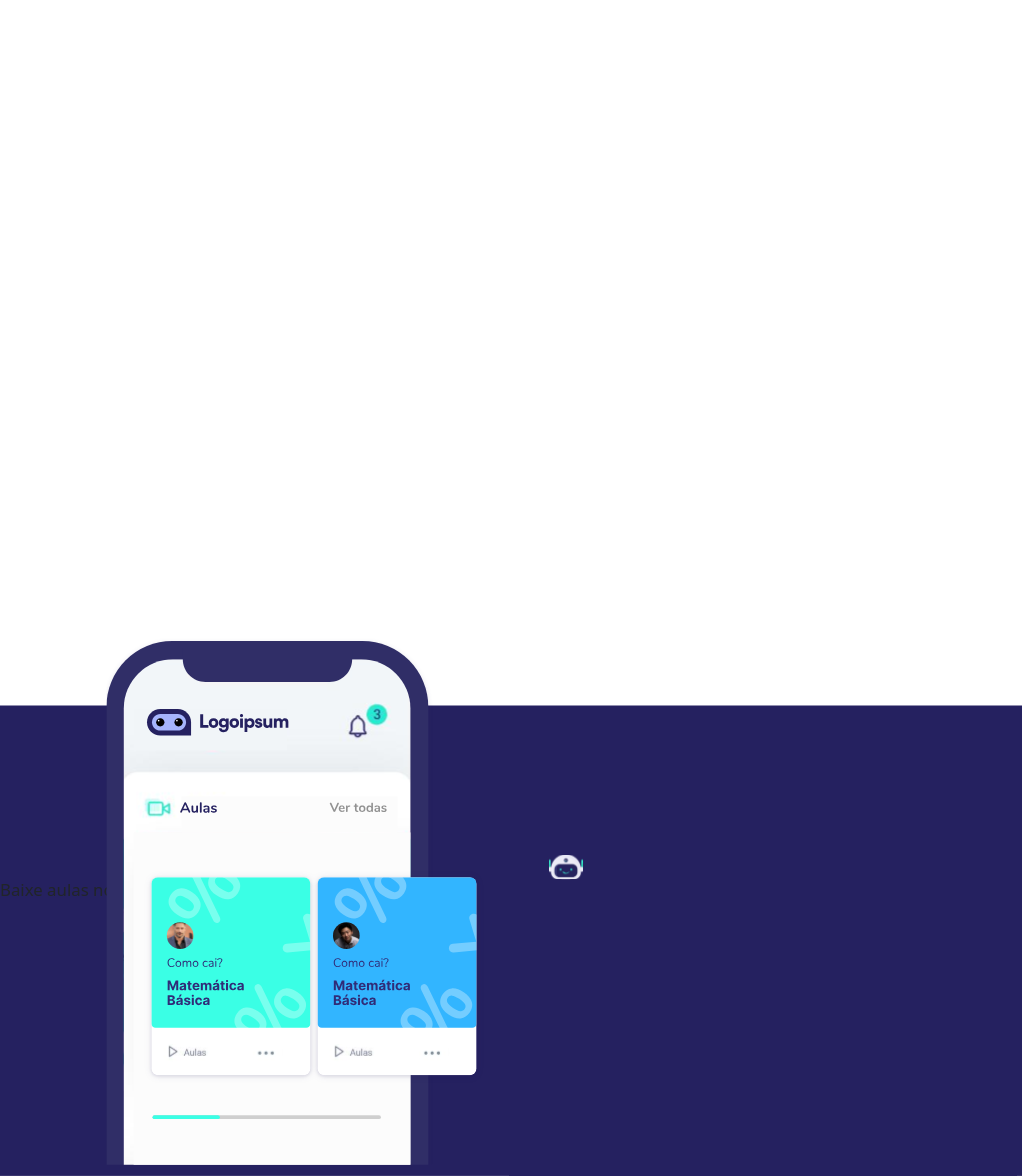
Repository: Williamlmachado/Desafio-Landing-page
Page: index.html
An editor plug-in stored every save of this project. The page is shown before and after the next save, followed by the edit.
The browser window is 1280 px wide. The page is 1472 px wide, so the pictures cover 1472 px, including what lies to the right of the window. The pictures show the part of the page from y = 3527 to 5207 px (the page is 5207 px tall), at 70% of full size.
Some icons come from a web library that is not loaded, so they are not drawn.

Above is the page before, as saved 2021-11-10 16:45:03.

### index.html
<!DOCTYPE html>
<html lang="en">

<head>
  <meta charset="UTF-8">
  <meta http-equiv="X-UA-Compatible" content="IE=edge">
  <meta name="viewport" content="width=device-width, initial-scale=1.0">
  <link rel="stylesheet" href="path/to/font-awesome/css/font-awesome.min.css">
  <link href="https://fonts.googleapis.com/css2?family=Inter:wght@100;200;300;400;500;600&display=swap" rel="stylesheet">
  <link href="https://fonts.googleapis.com/css2?family=Nunito:ital,wght@0,200;0,300;0,400;0,700;0,800;0,900;1,200;1,300;1,400;1,600;1,700;1,800;1,900&display=swap" rel="stylesheet">
  <link href="https://fonts.googleapis.com/css2?family=Fredoka+One&display=swap" rel="stylesheet">
  <link href="https://cdn.jsdelivr.net/npm/bootstrap@5.1.3/dist/css/bootstrap.min.css" rel="stylesheet"
    integrity="sha384-1BmE4kWBq78iYhFldvKuhfTAU6auU8tT94WrHftjDbrCEXSU1oBoqyl2QvZ6jIW3" crossorigin="anonymous">
  <link rel="stylesheet" href="style.css">
  <script src="https://cdn.jsdelivr.net/npm/bootstrap@5.1.3/dist/js/bootstrap.bundle.min.js"
    integrity="sha384-ka7Sk0Gln4gmtz2MlQnikT1wXgYsOg+OMhuP+IlRH9sENBO0LRn5q+8nbTov4+1p"
    crossorigin="anonymous"></script>
  <title>Document</title>

<body>
  <nav class="navbar navbar-expand-lg navbar-light bg-light">
    <a class="navbar-brand" href="#">
      <img src="img/logoipsum-logo-40 2.svg" alt="logo">
    </a>
    <button class="navbar-toggler" type="button" data-toggle="collapse" data-target="#navbarNav" aria-controls="navbarNav" aria-expanded="false" aria-label="Toggle navigation">
      <span class="navbar-toggler-icon"></span>
    </button>
    <nav>
    <div class="collapse navbar-collapse" id="navbarNav">
      <ul class="navbar-nav">
      <nav class="navbar-nav ml-auto">
        <li class="nav-item">
          <a class="nav-link disabled" href="#">Home <span class="sr-only"></span></a>
        </li>
        <li class="nav-item">
          <a class="nav-link disabled" href="#">Quem Somos</a>
        </li>
        <li class="nav-item-right">
          <a class="nav-link disabled" href="#">Plano</a>
        </li>
        <li class="nav-item">
          <a class="nav-link disabled" href="#">Fale Conosco</a>
        </li>
        <li class="nav-item">
          <button class="nav-button" type="button">Entrar</button>
        </li>
      </nav>
      </ul>
    </div>
  </nav>
    <div class="retangle-1">
      <div class="row">
          <div class="retangle-8">
           <div class="col"><img class="spaceboy" src="img/image 3.svg" alt="astronauta"><H4 class="frase1">Seja aprovado no Enem e Vestibulares :)</H4>
          <H1 class="frase2">Você escolhe o que aprender.</H1></div>
          <h4 class="frase3">Aqui você terá toda assistência que precisa
            com materiais desenvolvido por mestres e doutores em matemática</h4>
          <button type="button" class="buttonret"><p class="fraseButton">Veja nossos planos</p><i class="fas fa-arrow-right"></i></button>
          </div>
          </div>
        <div class="col"><img class="boy" src="img/image 8.svg" alt="garoto"></div>
     </div>
    </div>
  <div class="retangle-2">
    <div class="escolas">
    <img src="img/Captura de Tela 2021-05-22 às 02.33 1.svg" alt="escolas">
  </div>
  <div class="row">
    <div class="col"><img class="smallogos" src="img/Group 53.svg" alt="smallogos"><p class="group12"><img class="group12" src="img/Group 12.svg"></p><p><img class="group13" src="img/Group 13.svg"></p><p><img class="group14" src="img/Group 14.svg"></p></div>
    <div class="col"><img class="adolescente" src="img/pretty-teenager-happy-to-be-back-at-university 1.svg" alt="prettyteenager"></div>
  </div>
    <div class="retangle-3">
      <div class="row">
        <div class="column1"><img class="feliz" src="img/image 43.svg" alt="foguete"><div class="frase4"><p>100% MATEMÁTICA</p></div><h3 class="frase5">Matemática pra quem quer entrar na facul</h3><h4 class="frase6">Somos um cursinho online especialista em ensinar matemática. Temos os melhores professores mestres e doutores para tirar suas dúvidas e te ensinar matemática desde a teoria até a resolução de exercícios de todos os níveis.</h4></div></div>

       <div class="column2"><img class="foguete" src="img/image 45.svg" alt="feliz"><div class="frase7"><p>QUER SER APROVADO?</p></div><h3 class="frase8">Se seu foco é ser aprovado, nós estamos aqui por você.</h3><h4 class="frase9">Somos um cursinho online especialista em ensinar matemática. Temos os melhores professores mestres e doutores para tirar suas dúvidas e te ensinar matemática desde a teoria até a resolução de exercícios de todos os níveis.</h4></div></div>
        </div>
      </div>
    </div>
    <div class="retangle-4">
      <div class="row">
        <div class="col"><img class="celular" src="img/Frame 12.svg"><img class="celulardados" src="img/Group 41.svg"><img class="spaceboy2" src="img/image 3.svg" alt="spaceboy2"><h4 class="Baixe">Baixe aulas no app e estude offline</h4></div>
        <div class="col"></div>
    </div>
  </div>
  <!-- <footer id="footer" class="py-5">
    <div class="row">
      <div class="col-md-5">
        <img class="" src="img/logoipsum-logo-40 2.svg" alt="logo">
        <div><img class=""src="img/Captura de Tela 2021-05-25 às 19.59 1.svg" alt="androideios"></div>
      </div>
      <div class="col-sm-2">
        <h5>Localização</h5>
        <p>Av. Brg. Faria Lima , 1422 São Paulo - SP </p>
      </div>
      <div class="col-sm-2">
        <h5>Fale Conosco</h5>
        <p>(22) 4442-0126</p>
        <p>info@digihouse.com</p>
      </div>
      <div class="col-sm-2">
        <h5>Política</h5>
        <p>Direitos autorais</p>
        <p>Termos de uso</p>
        <p>Políticas de Privacidade</p>
      </div>
      <hr class="linha"> -->
      <!-- <img class="copyright" src="img/Copyright.svg" alt="copyright"> -->
<span>Copyright 2021. All Right Reserved </span>
  </footer>
  </div>
</body>
</head>
</html>

### style.css
.nav-button{
    display: flex;
    flex-direction: row;
    justify-content: center;
    align-items: center;
    padding: 15px 116px;

    width: 133px;
    height: 43px;
    left: 1239px;
    top: 18px;

    /* Primary */
    background: #252160;

    /* Branco */
    border: 1px solid #FFFFFF;
    box-sizing: border-box;
    border-radius: 6px;
    color: #FFFFFF;
}

.nav-home{
    position: absolute;
    width: 46px;
    height: 22px;
    left: 5px;
    top: 0px;

    font-family: Inter;
    font-style: normal;
    font-weight: bold;
    font-size: 16px;
    line-height: 22px;

    /* identical to box height, or 137% */

    /* Primary */
    color: #252160;
}

.navbrad-brand{
    position: absolute;
    left: 58.02%;
    right: 35.2%;
    top: 34.99%;
    bottom: 29.03%;

    /* Primary */
    background: #252160;
}

#footer{
    position: absolute;
    width: 1550px;
    height: 373px;
    /* left: calc(50% - 1449px/2 + 4.5px); */
    top: calc(50% - 373px/2 + 2603.5px);

    /* Branco */
    background: #FFFFFF;
}

.imagemfooter{
    position: absolute;
    left: 3.51%;
    right: 72.51%;
    top: 18.75%;
    bottom: 18.75%;
    color: #A5B4FC;
}

.linha{
    margin-top: 150px;
    position: absolute;
    width: 1210px;
    left: 135px;
    border: 1px solid rgba(84, 84, 212, 0.34);
}

.col-md-5{
    align-items: center;
    align-content: center;
}

.copyright{

}

.retangle-1{
    position: absolute;
    width: 1440px;
    height: 821px;
    left: 0px;
    top: 79px;

    /* Primary */
    background: #252160;
}

.spaceboy{
    position: absolute;
    width: 50.02px;
    height: 36.06px;
    left: 125px;
    right: 150px;
    flex: none;
    order: 0;
    flex-grow: 0;
    margin: 50px -15px;
    transform: rotate(+15.22deg);
}

.retangle-2{
    position: absolute;
    width: 1440px;
    height: 821px;
    left: 0px;
    top: 900px;
    background: #ffff;
}
.retangle-3{
    position: absolute;
    width: 1440px;
    height: 954px;
    left: 0px;
    top: 800px;
    background: #F8F8F8
}

.escolas{
    position: absolute;
    width: 1270px;
    height: 164px;
    left: 66px;
    top: 35px;
}

.adolescente{
    position: relative;
    width: 600px;
    height: 738px;
    left: 25px;
    top: 105px;
    flex: none;
    order: 0;
    flex-grow: 0;
    margin: 6px 0px;
}

.smallogos{
    position: absolute;
    width: 67.79px;
    height: 403.63px;
    left: 112px;
    top: 275px;
}

.group12{
    position: absolute;
    width: 510.72px;
    height: 141px;
    left: 80px;
    top: 220px;
}

.group13{
    position: absolute;
    width: 510.72px;
    height: 155px;
    left: 195px;
    top: 275px;
}

.group14{
    position: absolute;
    width: 510.72px;
    height: 131px;
    left: 214px;
    top: 618px;
}

.boy{
    position: absolute;
    left: 763px;
    right: 143px;
    top: 153px;
    bottom: 120px;

}

.retangle-8{
    /* Rectangle 8 */

    position: absolute;
    width: 741.6px;
    height: 645.98px;
    left: 60px;
    top: 106px;

    background: #292663;
    border-radius: 124px;
    transform: rotate(-15.22deg);
    }

.frase1{
    position: absolute;
    width: 472px;
    height: 28px;
    top: 81PX;
    left:200px;
    right: 100px;

    font-family: inter;
    font-style: normal;
    font-weight: bold;
    font-size: 20.59px;
    line-height: 26px;

    color: #3AFFE5;

    flex: none;
    order: 1;
    flex-grow: 0;
    margin: 50px -30px;
    transform: rotate(+15.22deg);
}

.frase2{
    position: absolute;
    width: 631px;
    height: 151px;
    left: 65px;
    top: 200px;

    font-family: Fredoka One;
    font-style: normal;
    font-weight: normal;
    font-size: 65.1467px;
    line-height: 76px;
    transform: rotate(+15.22deg);
    /* or 116% */
    letter-spacing: -0.01em;

    /* Branco */
    color: #FFFFFF;
}

.frase3{
    position: absolute;
    width: 523px;
    height: 87px;
    left: 35px;
    top: 350px;

    font-family: Inter;
    font-style: normal;
    font-weight: normal;
    font-size: 19.45px;
    line-height: 29px;
    transform: rotate(+15.22deg);
    /* or 149% */
    letter-spacing: 0.38px;

    color: #FFFFFF;
}

.buttonret{
    display: flex;
    flex-direction: row;
    justify-content: center;
    align-items: center;
    padding: 15px 116px;

    position: absolute;
    width: 380.41px;
    height: 59.33px;
    left: 15px;
    top: 440px;
    transform: rotate(+15.22deg);
    /* Secundary */
    background: #3AFFE5;
    border-radius: 6px;
}

.fraseButton{
    position: static;
    height: 21px;
    left: 22.42%;
    right: 37.1%;
    top: calc(50% - 21px/2 + 0px);

    font-family: Inter;
    font-style: normal;
    font-weight: bold;
    font-size: 17.45px;
    line-height: 21px;
    text-align: center;
    letter-spacing: -0.618281px;

    /* Primary */
    color: #252160;


    /* Inside Auto Layout */
    flex: none;
    order: 0;
    flex-grow: 0;
    margin: 0px 24px;
}

.feliz{

    position: absolute;
    width: 430.2px;
    height: 469.21px;
    left: 817.06px;
    top: 425px;
    background: url(.png);
    transform: rotate(-12.24deg);
}

.frase4{
    position: absolute;
    width: 394.54px;
    height: 30px;
    left: 705px;
    top: 88px;
    font-family: Nunito;
    font-style: normal;
    font-weight: bold;
    font-size: 22px;
    line-height: 30px;
    /* Azul */
    color: #32B5FF;
}

.frase5{
    position: absolute;
width: 575.63px;
height: 122px;
left:705px;
top: 123px;

font-family: Nunito;
font-style: normal;
font-weight: bold;
font-size: 44.83px;
line-height: 61px;

/* Primary */
color: #252160;
}

.frase6{
    position: absolute;
    width: 600px;
    height: 182.69px;
    left: 705px;
    top: 261px;

    font-family: Inter;
    font-style: normal;
    font-weight: normal;
    font-size: 20px;
    line-height: 37px;

    /* or 186% */

    /* Gray - 200 */
    color: #7B7B7B;
}

.frase7{
    position: absolute;
    width: 394.54px;
    height: 30px;
    left: 135px;
    top: 575px;
    font-family: Nunito;
    font-style: normal;
    font-weight: bold;
    font-size: 22px;
    line-height: 30px;
    /* Azul */
    color: #32B5FF;
}


.frase8{
    position: absolute;
    width: 575.12px;
    height: 121.47px;
    left: 135px;
    top: 618.53px;

    font-family: Nunito;
    font-style: normal;
    font-weight: bold;
    font-size: 44.8277px;
    line-height: 61px;

    /* Primary */
    color: #252160;
}

.frase9{
    position: absolute;
    width: 598px;
    height: 157px;
    left: 135px;
    top: 753.53px;

    font-family: Inter;
    font-style: normal;
    font-weight: normal;
    font-size: 20px;
    line-height: 37px;

    /* or 185% */

    /* Gray - 200 */
    color: #7B7B7B;
}

.foguete{
    position: absolute;
    width: 450px;
    height: 450px;
    left: 167px;
    top: 75px;

}

.retangle-4{
    position: absolute;
    width: 1460px;
    height: 672px;
    left: 0px;
    top: 4535px;
    background: #252160;
}

.celular{
    position: absolute;
    width: 480px;
    height: 756px;
    left: 152px;
    top: -100px;
}

.celulardados{
    position: absolute;
    width: 482.9px;
    height: 294.32px;
    left: 207.1px;
    top: 240.53px;

    filter: drop-shadow(0px 1.08032px 5.40161px rgba(37, 33, 96, 0.1));
}
.spaceboy2{
    width: 50.02px;
    height: 36.06px;
    margin-top: 213px;
    margin-left: 784px;
}

.Baixe{

}

After the next save:
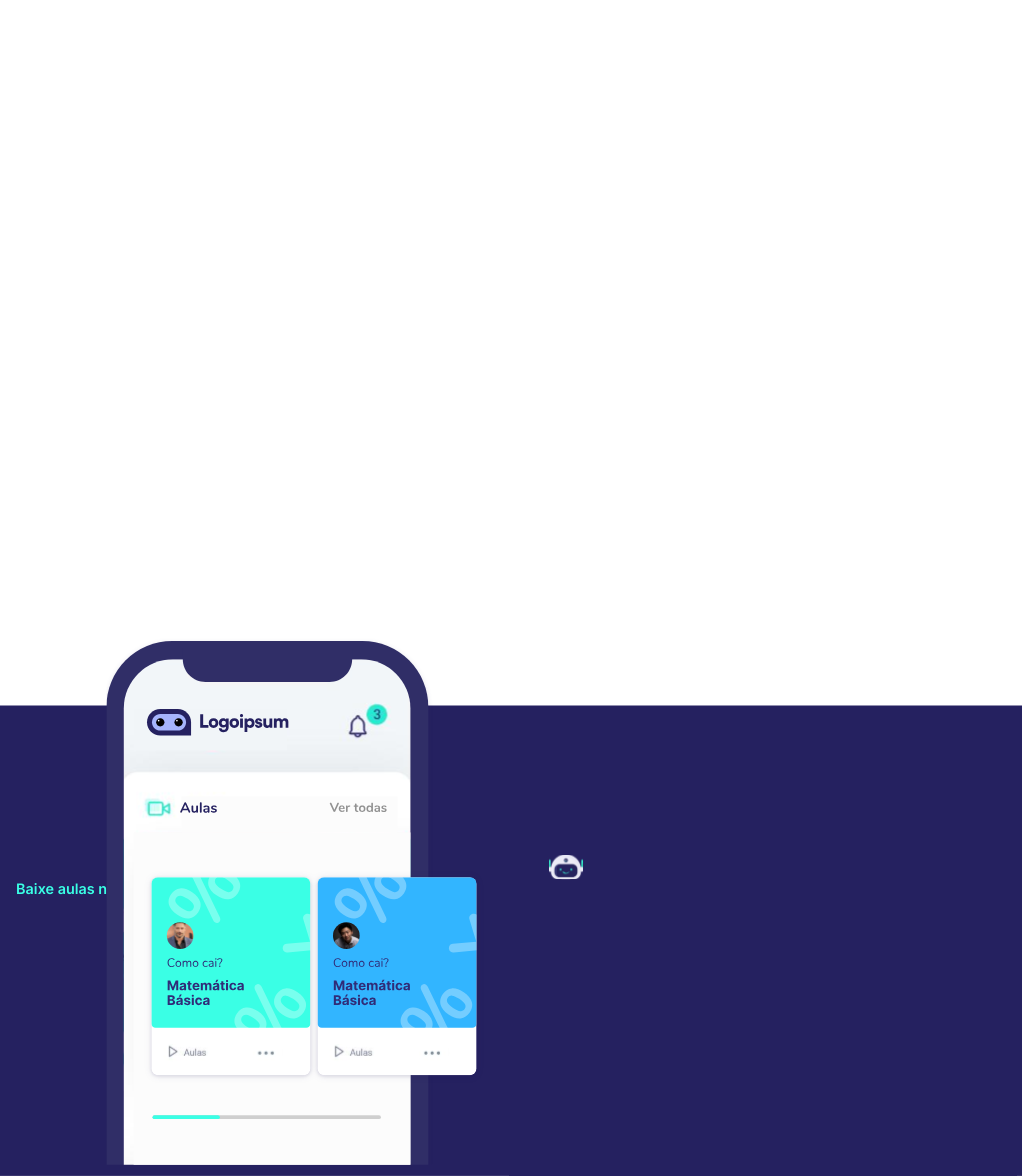
Saved 11 s later.
--- a/style.css
+++ b/style.css
@@ -466,5 +466,27 @@
 }
 
 .Baixe{
-
-}
+    position: static;
+    width: 472px;
+    height: 28px;
+    left: 73.02px;
+    top: 4.03px;
+
+    font-family: Inter;
+    font-style: normal;
+    font-weight: bold;
+    font-size: 20.59px;
+    line-height: 26px;
+
+    /* or 124% */
+
+    /* Secundary */
+    color: #3AFFE5;
+
+
+    /* Inside Auto Layout */
+    flex: none;
+    order: 1;
+    flex-grow: 0;
+    margin: 0px 23px;
+}
